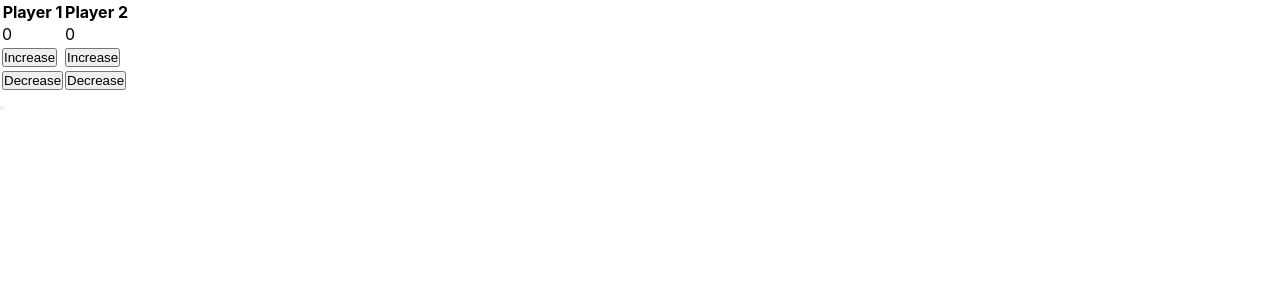
Repository: react-for-web-developers/02-intro-to-react
Page: / (app in exercises/score-counter/)
An editor plug-in stored every save of this project. The page is shown before and after a run of saves, followed by the edit.
The browser window is 1280 px wide. The pictures show the whole page.
The project was rebuilt for these pictures with package versions that can differ from the ones it lists, and the page was loaded fresh each time.

Above is the page before, as saved 2021-10-10 21:22:36.

After the next 2 saves:
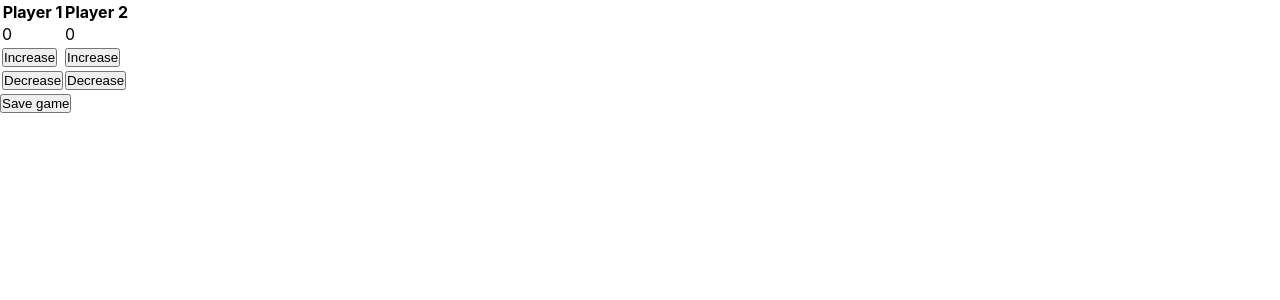
The 2 saves are shown as one change because they came seconds apart.
The last was saved 8 s later.
--- a/exercises/score-counter/src/App.js
+++ b/exercises/score-counter/src/App.js
@@ -43,7 +43,7 @@ function App() {
           <td><button onClick={decrease2}>Decrease</button></td>
         </tr>
       </table>
-      <button></button>
+      <button>Save game</button>
     </div>
   );
 }
